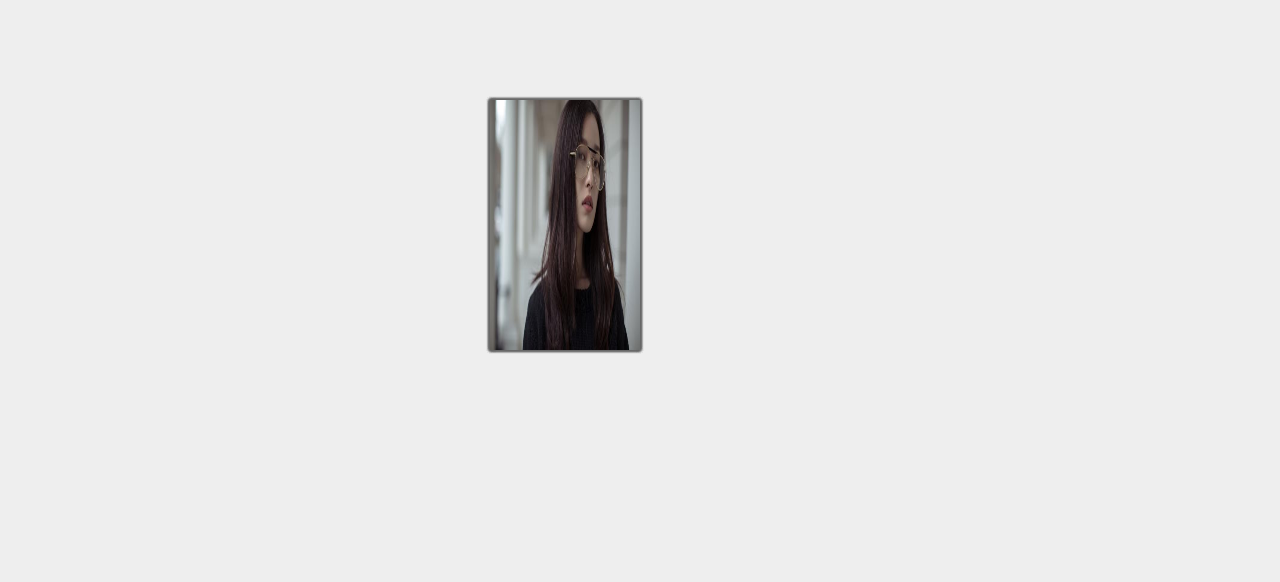
Repository: Germtao/Web
Page: web_css/css3_动画案例.html
An editor plug-in stored every save of this project. The page is shown before and after the next save, followed by the edit.
The browser window is 1280 px wide. The pictures show the whole page.

Above is the page before, as saved 2020-11-03 11:15:24.

### web_css/css3_动画案例.html
<!DOCTYPE html>
<html lang="en">

<head>
  <meta charset="UTF-8">
  <meta name="viewport" content="width=device-width, initial-scale=1.0">
  <title>CSS3-动画案例</title>

  <!-- 1. 🚀 -->
  <!-- <style>
    html,
    body {
      height: 100%;
    }

    body {
      background-color: #DE8910;
    }

    .rocket {
      position: absolute;
      left: 100px;
      top: 600px;
      height: 120px;
      transform: translate(-200px, 200px) rotate(45deg);
      transition: all 1s ease-in;
    }

    body:hover .rocket {
      transform: translate(500px, -500px) rotate(45deg);
    }
  </style> -->

  <!-- 2. 卡片旋转 -->
  <style>
    body {
      background-color: #eee;
    }

    .box {
      width: 300px;
      height: 440px;
      margin: 100px auto;
      position: relative;
    }

    img {
      width: 150px;
      height: 250px;
      /* 既然卡片是叠在一起的，那就都用绝对定位 */
      position: absolute;
      left: 0;
      top: 0;
      box-shadow: 0 0 3px #666;

      transition: all 1.5s;
      /* 旋转时，以盒子底部的中心为坐标原点 */
      transform-origin: center bottom;
    }

    /* 前 6 张 */
    .box:hover img:nth-child(6) {
      transform: rotate(-10deg);
    }

    .box:hover img:nth-child(5) {
      transform: rotate(-20deg);
    }

    .box:hover img:nth-child(4) {
      transform: rotate(-30deg);
    }

    .box:hover img:nth-child(3) {
      transform: rotate(-40deg);
    }

    .box:hover img:nth-child(2) {
      transform: rotate(-50deg);
    }

    .box:hover img:nth-child(1) {
      transform: rotate(-60deg);
    }

    /* 后 6 张 */
    .box:hover img:nth-child(8) {
      transform: rotate(10deg);
    }

    .box:hover img:nth-child(9) {
      transform: rotate(20deg);
    }

    .box:hover img:nth-child(10) {
      transform: rotate(30deg);
    }

    .box:hover img:nth-child(11) {
      transform: rotate(40deg);
    }

    .box:hover img:nth-child(12) {
      transform: rotate(50deg);
    }

    .box:hover img:nth-child(13) {
      transform: rotate(60deg);
    }
  </style>
</head>

<body>
  <!-- 1. 🚀 -->
  <!-- <img class="rocket" src="img/rocket.png" alt=""> -->

  <!-- 2. 卡片旋转 -->
  <div class="box">
    <img src="img/倪妮.jpg" alt="">
    <img src="img/宋轶.jpeg" alt="">
    <img src="img/倪妮.jpg" alt="">
    <img src="img/宋轶.jpeg" alt="">
    <img src="img/倪妮.jpg" alt="">
    <img src="img/宋轶.jpeg" alt="">
    <img src="img/倪妮.jpg" alt="">
    <img src="img/宋轶.jpeg" alt="">
    <img src="img/倪妮.jpg" alt="">
    <img src="img/宋轶.jpeg" alt="">
    <img src="img/倪妮.jpg" alt="">
  </div>
</body>

</html>

After the next save:
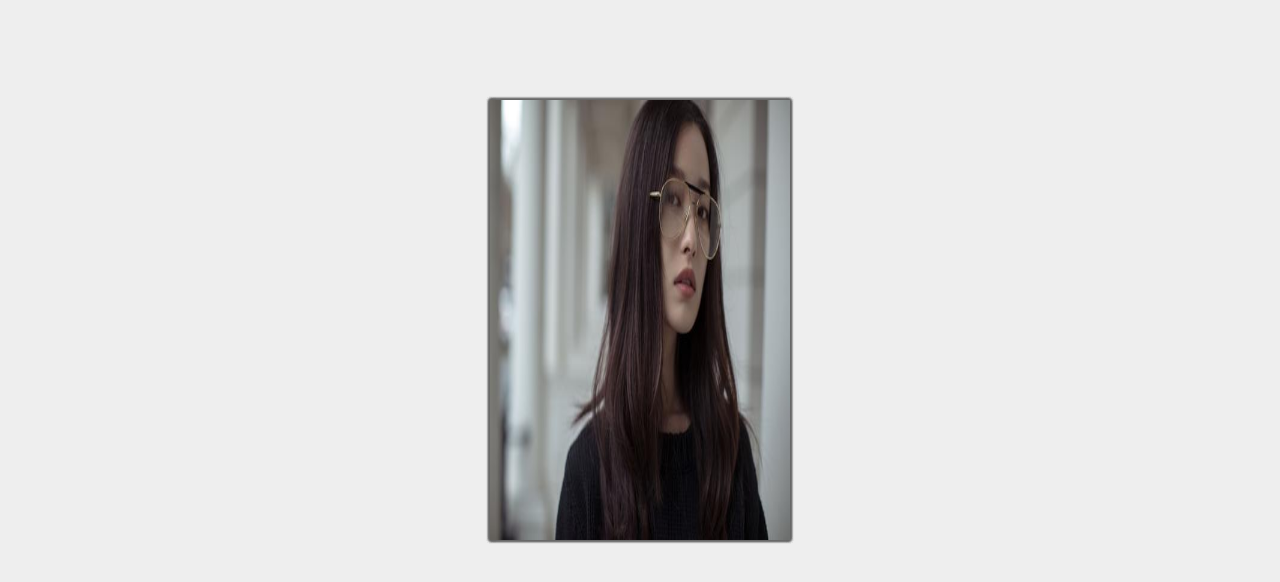
Saved 18 s later.
--- a/web_css/css3_动画案例.html
+++ b/web_css/css3_动画案例.html
@@ -45,8 +45,8 @@
     }
 
     img {
-      width: 150px;
-      height: 250px;
+      width: 100%;
+      height: 100%;
       /* 既然卡片是叠在一起的，那就都用绝对定位 */
       position: absolute;
       left: 0;
